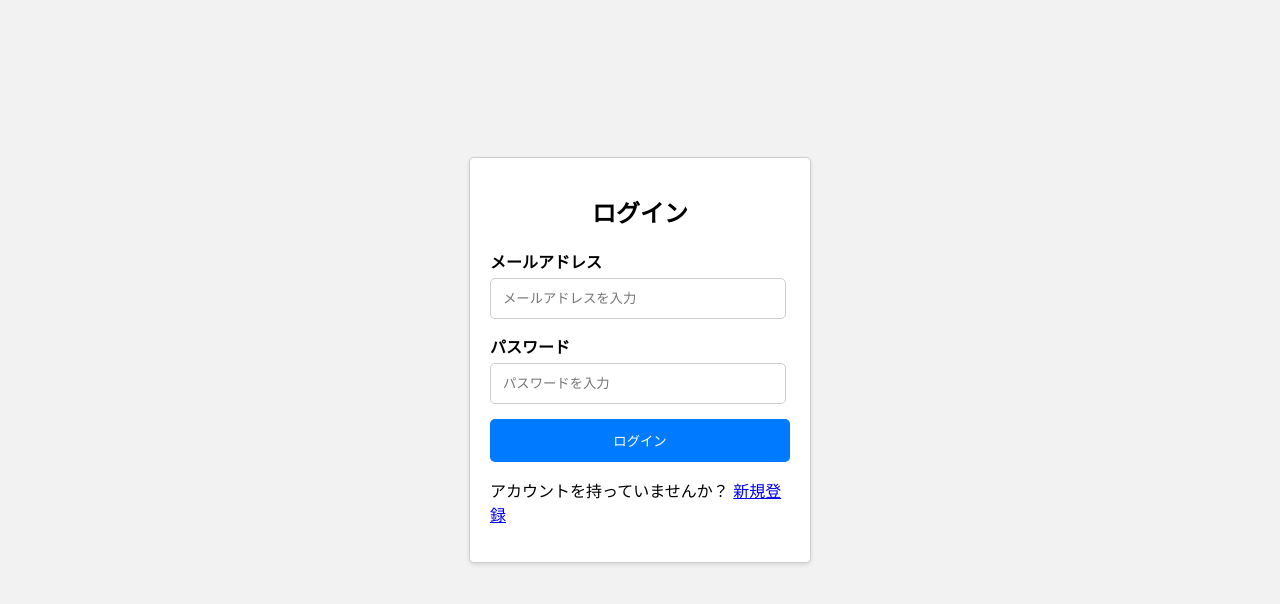
Repository: Jutta197/blog_0815
Page: src/main/resources/static/admin_login.html
These files come from the project's save history. The page is drawn as it stood at one moment and after the next save; the edit follows.
The browser window is 1280 px wide. The pictures show the whole page.

Above is the page before, as saved 2023-08-15 12:38:43.

After the next save:
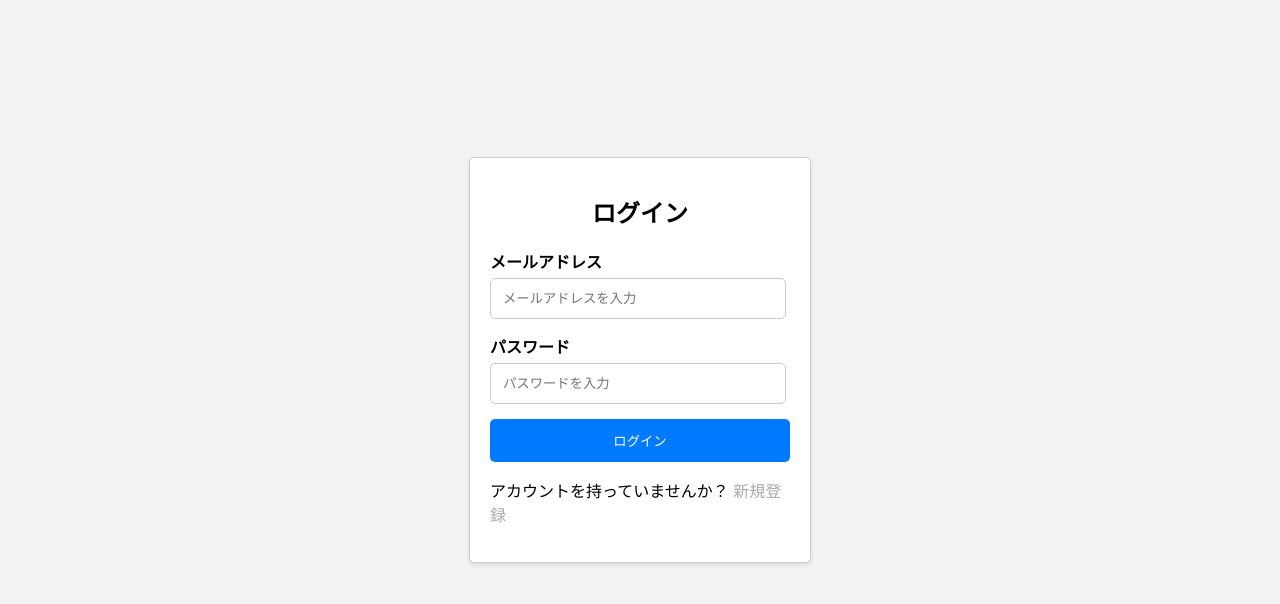
Saved 94 s later.
--- a/src/main/resources/static/login.css
+++ b/src/main/resources/static/login.css
@@ -60,3 +60,17 @@ input[type="password"]:focus {
 #submit-button:hover {
     background-color: #0056b3;
 }
+
+.signup-link a {
+    color: #aaa;
+    /* 初始颜色 */
+    text-decoration: none;
+    transition: color 0.3s ease, text-decoration 0.3s ease;
+}
+
+.signup-link a:hover {
+    color: #007bff;
+    /* 鼠标悬停时的颜色 */
+    text-decoration: underline;
+    /* 鼠标悬停时显示下划线 */
+}
